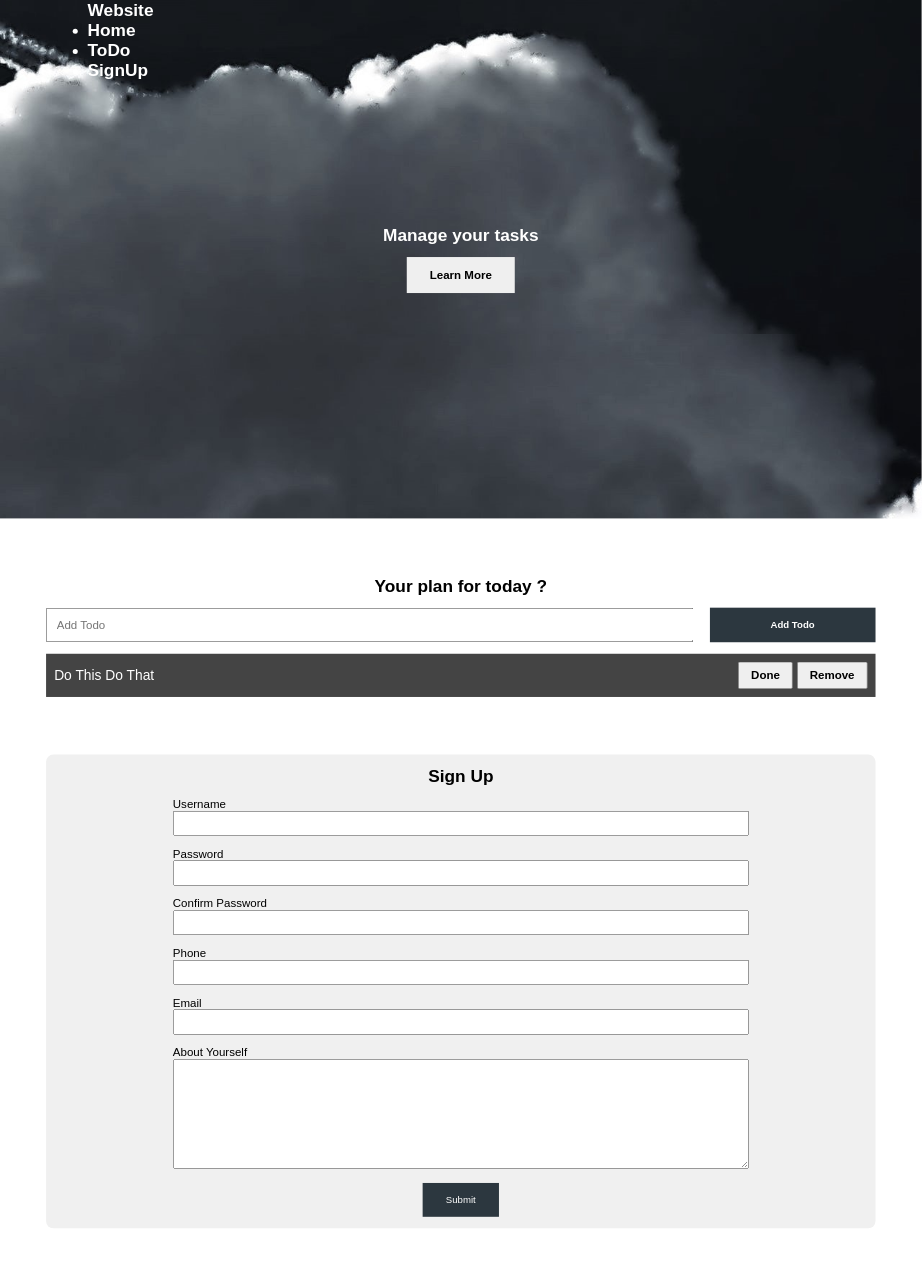
Repository: codewithfaizan/JavaScriptSelf
Page: 27.08.2022/index.html
These files come from the project's save history. The page is drawn as it stood at one moment and after a run of saves; the edit follows.
The browser window is 1280 px wide. The pictures show the whole page, at 72% of full size.

Above is the page before, as saved 2022-08-27 16:59:23.

### 27.08.2022/index.html
<!-- Creating html page -->
<!DOCTYPE html>
<html lang="en">
<head>
    <meta charset="UTF-8">
    <meta http-equiv="X-UA-Compatible" content="IE=edge">
    <meta name="viewport" content="width=device-width, initial-scale=1.0">
    <title>Website</title>
    <link rel="stylesheet" href="style.css">
</head>
<body>
    <header class="header">
        <nav class="nav container">
            <div class="container">
                <h1 class="logo">Website</h1class>
                <ul>
                    <li><a href="#">Home</a></li>
                    <li><a href="#">ToDo</a></li>
                    <li><a href="#">SignUp</a></li>
                </ul>
            </div>
        </nav>
        <div class="headline">
            <h2 id="main-heading">
              Manage your tasks <span style="display: none">Hello</span>
            </h2>
            <button class="btn btn-headline">Learn More</button>
          </div>
    </header>
    <section class="section-todo container">
        <h2>Your plan for today ?</h2>

        <form class="form-todo">
          <input type="text" name="" id="" placeholder="Add Todo" />
          <input type="submit" value="Add Todo" class="btn" />
        </form>

        <ul class="todo-list">
            <li>
              <span class="text">Do this do that</span>
              <div class="todo-buttons">
                <button class="todo-btn done">Done</button>
                <button class="todo-btn remove">Remove</button>
              </div>
            </li>
          </ul>
        </section>

        <section class="section-signup container">
            <h2>Sign Up</h2>
            <form class="signup-form">
              <div class="form-group">
                <label for="username">Username</label>
                <input type="text" name="username" id="username" />
              </div>
              <div class="form-group">
                <label for="password">Password</label>
                <input type="password" name="password" id="password" />
              </div>
              <div class="form-group">
                <label for="confirmPassword">Confirm Password</label>
                <input type="password" name="confirmPassword" id="confirmPassword" />
              </div>
              <div class="form-group">
                <label for="phone">Phone</label>
                <input type="text" name="phone" id="phone" />
              </div>
              <div class="form-group">
                <label for="email">Email</label>
                <input type="email" name="email" id="email" />
              </div>
              <div class="form-group">
                <label for="about">About Yourself</label>
                <textarea name="about" id="about" cols="30" rows="10"></textarea>
              </div>
              <button type="submit" class="btn signup-btn">Submit</button>
            </form>
          </section>
</body>
</html>

### 27.08.2022/style.css
*{
    box-sizing: border-box;
    padding:0;
    margin: 0;
}

body {
    font-family:Arial, Helvetica, sans-serif;
}

a{
    text-decoration: none;
    color:white
}
.header{
   min-height: 100vh;  /* <--!vh means viewport height--> */
    background-image: url(./pexels-sevenstorm-juhaszimrus-1302330.jpg);
    background-position: center;
    background-repeat: no-repeat;
    color: white;
}

.container{
    max-width: 1200px;
    margin: auto;
    width: 90%;
}
.nav {
    min-height: 8vh;
    display: flex;
    justify-content: space-between;
    align-items: center;
  }

  .nav-items {
    width: 40%;
    display: flex;
    list-style-type: none;
    justify-content: space-between;
  }
  .headline {
    text-align: center;
    position: absolute;
    top: 50%;
    left: 50%;
    transform: translate(-50%, -50%);
  }

  .btn {
    display: inline-block;
    outline: none;
    border: none;
    cursor: pointer;
  }

  .btn-headline {
    padding: 1rem 2rem;
    font-size: 1rem;
    margin-top: 1rem;
    font-weight: 600;
  }

  .section-todo {
    margin-top: 5rem;
    text-align: center;
  }

  .form-todo {
    min-height: 5vh;
    display: flex;
    justify-content: space-between;
    margin-top: 1rem;
  }

  .form-todo input {
    min-height: 100%;
  }
  .form-todo input[type="text"] {
    width: 78%;
    padding: 0.8rem;
    font-size: 1rem;
    font-weight: 400;
  }
  .form-todo input[type="submit"] {
    width: 20%;
    background: rgb(44, 55, 63);
    color: white;
    font-weight: bold;
  }
  .todo-list {
    text-align: left;
    font-size: 1.2rem;
    list-style-type: none;
  }
  .todo-list li {
    padding: 0.7rem;
    background: #444;
    color: white;
    margin-top: 1rem;
    text-transform: capitalize;
    display: flex;
    justify-content: space-between;
    align-items: center;
  }
  .todo-btn {
    /* min-height: 100%; */
    padding: 0.5rem 1rem;
    font-size: 1rem;
    font-weight: bold;
    cursor: pointer;
  }
  .section-signup {
    margin: 5rem auto;
    text-align: center;
    background: rgb(240, 240, 240);
    border-radius: 10px;
    padding: 1rem;
  }

  .signup-form {
    max-width: 800px;
    width: 95%;
    text-align: left;
    margin: auto;
  }
  .signup-form label {
    display: block;
  }

  .signup-form input {
    display: block;
    width: 100%;
    padding: 0.5rem;
  }
  .form-group {
    margin-top: 1rem;
  }
  .signup-form textarea {
    width: 100%;
  }
  .signup-btn {
    background: rgb(44, 55, 63);
    color: white;
    padding: 1rem 2rem;
    display: block;
    margin: auto;
    margin-top: 1rem;
  }

After the next 2 saves:
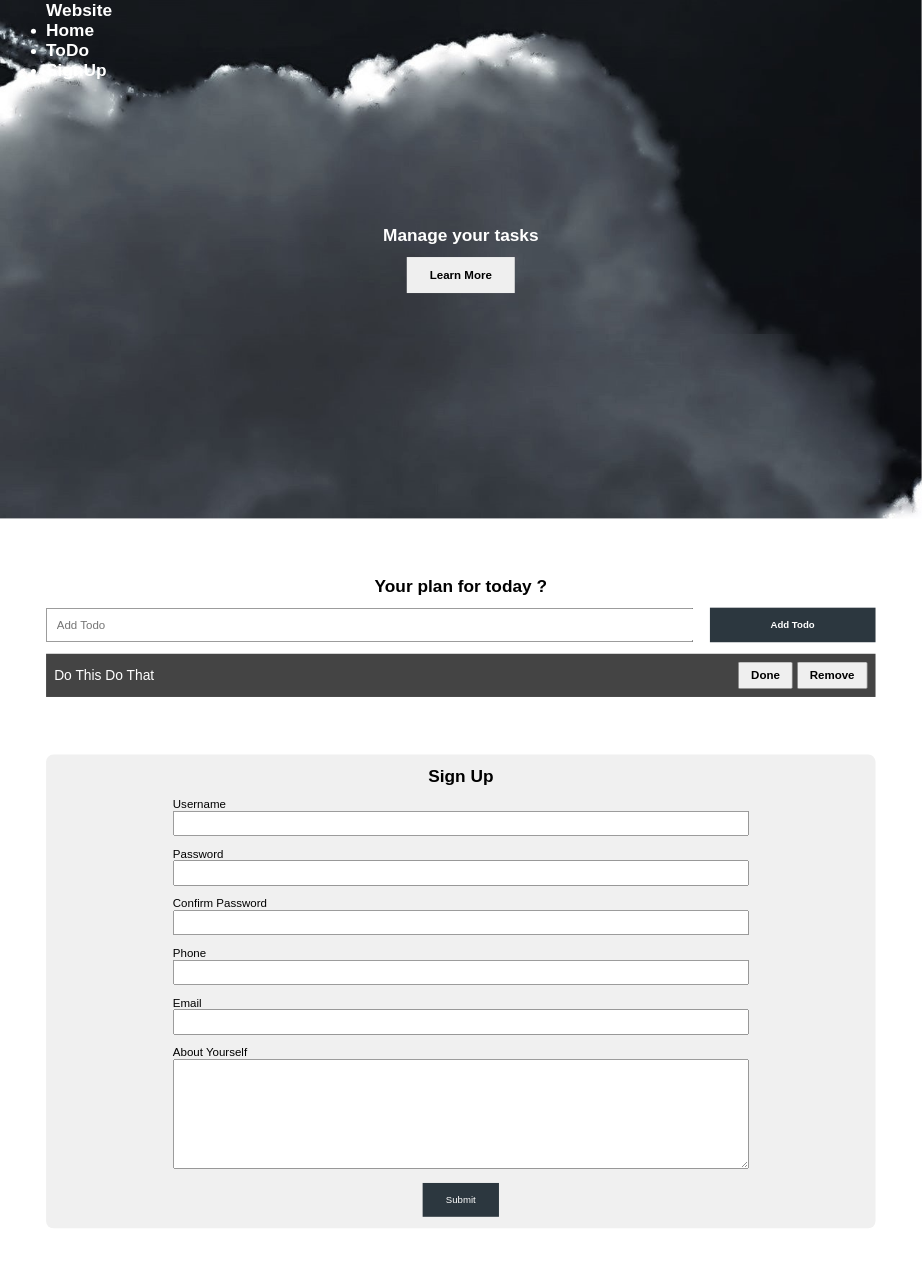
The 2 saves are shown as one change because they came seconds apart.
The last was saved 26 s later.
--- a/27.08.2022/index.html
+++ b/27.08.2022/index.html
@@ -11,14 +11,12 @@
 <body>
     <header class="header">
         <nav class="nav container">
-            <div class="container">
                 <h1 class="logo">Website</h1class>
                 <ul>
                     <li><a href="#">Home</a></li>
                     <li><a href="#">ToDo</a></li>
                     <li><a href="#">SignUp</a></li>
                 </ul>
-            </div>
         </nav>
         <div class="headline">
             <h2 id="main-heading">
